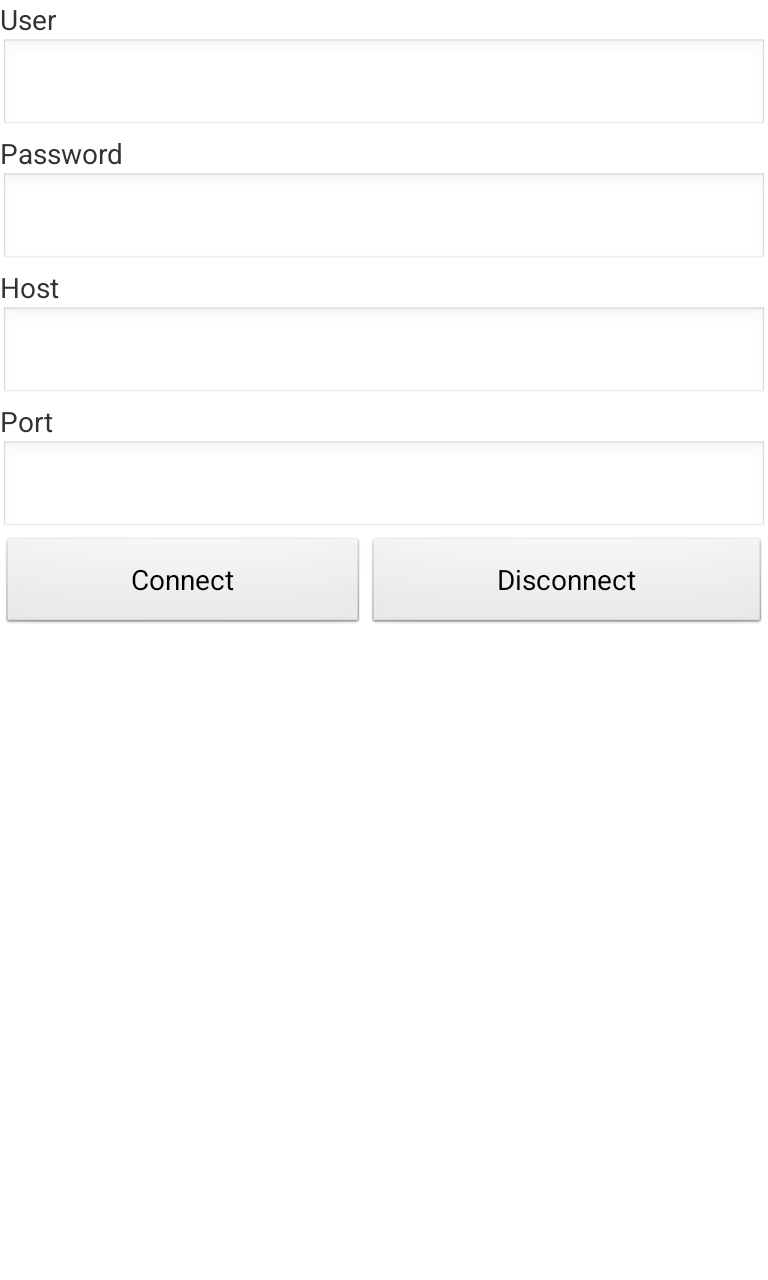
Repository: jonatansantos/Android-Server-Status
Layout: desarrollo/ModuloSSH/res/layout/pestanamainmanual.xml
These files come from the project's save history. The layout is drawn as it stood at one moment and after the next save; the edit follows.
It is drawn on a 768 x 1280 px phone screen (xhdpi) without system bars, with theme android:Theme.Light; the app's code is not run.

Above is the layout before, as saved 2012-03-21 18:27:09.

After the next save:
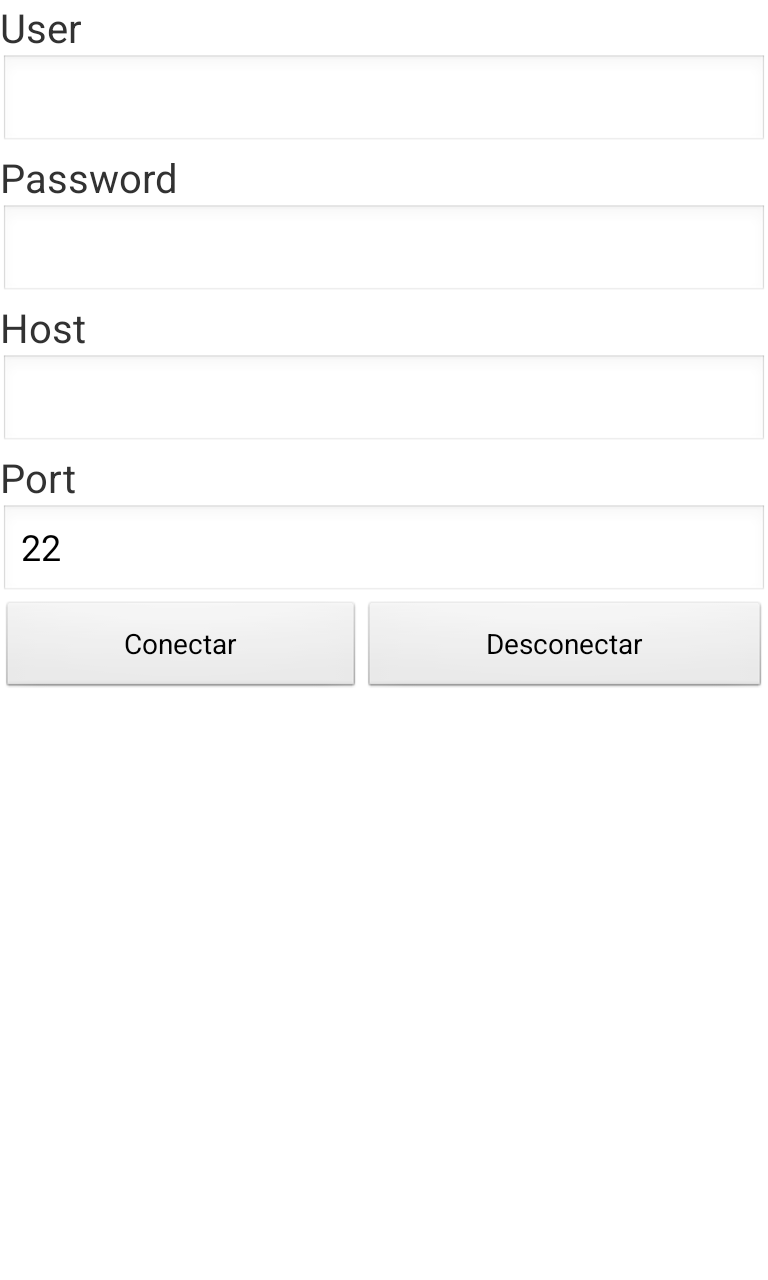
Saved 26 s later.
--- a/desarrollo/ModuloSSH/res/layout/pestanamainmanual.xml
+++ b/desarrollo/ModuloSSH/res/layout/pestanamainmanual.xml
@@ -11,18 +11,26 @@
 
 
 
+
+
+
+
+
+
+
 <LinearLayout
     android:layout_width="match_parent"
     android:layout_height="match_parent"
     android:orientation="vertical" >
 
+
+
     <TextView
         android:id="@+id/tvUser"
         android:layout_width="wrap_content"
         android:layout_height="wrap_content"
-        android:text="User" />
-
-
+        android:text="User"
+        android:textSize="20dp" />
 
     <EditText
         android:id="@+id/etUser"
@@ -32,11 +40,13 @@
 
     </EditText>
 
+
     <TextView
         android:id="@+id/tvPass"
         android:layout_width="wrap_content"
         android:layout_height="wrap_content"
-        android:text="Password" />
+        android:text="Password"
+        android:textSize="20dp" />
 
     <EditText
         android:id="@+id/etPass"
@@ -44,27 +54,33 @@
         android:layout_height="wrap_content"
         android:inputType="textPassword" />
 
+
     <TextView
         android:id="@+id/tvHost"
         android:layout_width="wrap_content"
         android:layout_height="wrap_content"
-        android:text="Host" />
+        android:text="Host"
+        android:textSize="20dp" />
 
     <EditText
         android:id="@+id/etHost"
         android:layout_width="match_parent"
         android:layout_height="wrap_content" />
 
+
     <TextView
         android:id="@+id/tvPort"
         android:layout_width="wrap_content"
         android:layout_height="wrap_content"
-        android:text="Port" />
+        android:text="Port"
+        android:textSize="20dp" />
+
 
     <EditText
         android:id="@+id/etPort"
         android:layout_width="match_parent"
-        android:layout_height="wrap_content" />
+        android:layout_height="wrap_content"
+        android:text="@string/puerto" />
 
     <LinearLayout
         android:id="@+id/linearLayout1"
@@ -73,19 +89,22 @@
         android:orientation="horizontal"
         android:weightSum="100" >
 
+
         <Button
             android:id="@+id/btConnect"
             android:layout_width="wrap_content"
             android:layout_height="wrap_content"
             android:layout_weight="50"
-            android:text="Connect" />
+            android:text="@string/conectar" />
+
 
         <Button
             android:id="@+id/btDesConectar"
             android:layout_width="wrap_content"
             android:layout_height="wrap_content"
             android:layout_weight="50"
-            android:text="Disconnect" />
+            android:text="@string/desconectar" />
+
     </LinearLayout>
 
 
--- a/desarrollo/ModuloSSH/res/values/strings.xml
+++ b/desarrollo/ModuloSSH/res/values/strings.xml
@@ -4,7 +4,7 @@
     <string name="hello">Hello World, ModuloSSHActivity!</string>
     <string name="app_name">ModuloSSH</string>
     <string name="puerto">22</string>
-    <string name="conectar">conectar</string>
+    <string name="conectar">Conectar</string>
     <string name="desconectar">Desconectar</string>
 
 </resources>
